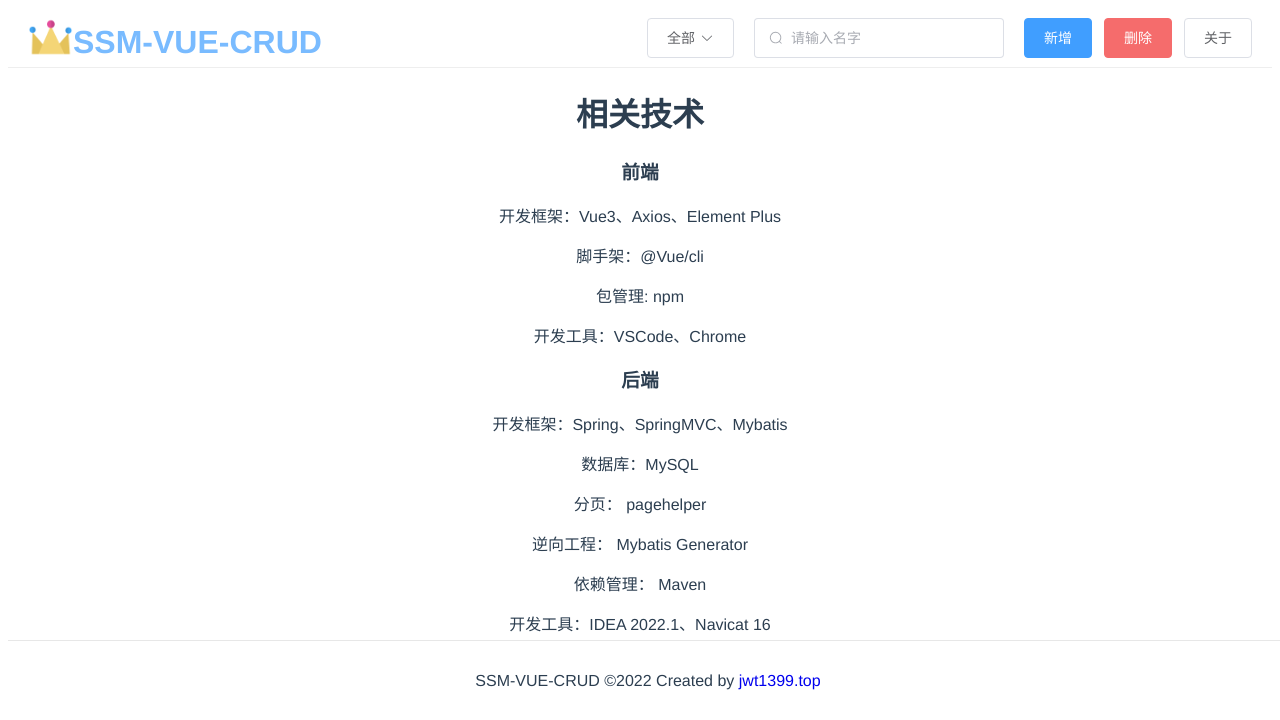
Repository: jwt1399/ssm-vue-crud
Page: /#/about (app in ssm-crud-front/)
An editor plug-in stored every save of this project. The page is shown before and after the next save, followed by the edit.
The browser window is 1280 px wide. The pictures show the whole page.
The project was rebuilt for these pictures with package versions that can differ from the ones it lists, and the page was loaded fresh each time. Also part of the build but not shown: ssm-crud-front/vue.config.js, ssm-crud-front/src/components/Form.vue, ssm-crud-front/src/views/CrudView.vue.

Above is the page before, as saved 2022-06-09 13:13:03.

### ssm-crud-front/public/index.html
<!DOCTYPE html>
<html lang="zh-Hans">
  <head>
    <meta charset="utf-8">
    <meta http-equiv="X-UA-Compatible" content="IE=edge">
    <meta name="viewport" content="width=device-width,initial-scale=1.0">
    <link rel="icon" href="<%= BASE_URL %>favicon.png">
    <title><%= htmlWebpackPlugin.options.title %></title>
  </head>
  <body>
    <noscript>
      <strong>We're sorry but <%= htmlWebpackPlugin.options.title %> doesn't work properly without JavaScript enabled. Please enable it to continue.</strong>
    </noscript>
    <div id="app"></div>
    <!-- built files will be auto injected -->
  </body>
</html>

### ssm-crud-front/src/main.js
import { createApp } from 'vue'
import App from './App.vue'
import router from './router'
import ElementPlus from 'element-plus'
import 'element-plus/dist/index.css'
import * as ElementPlusIconsVue from '@element-plus/icons-vue'

const app = createApp(App)

//配置全局icon
for (const [key, component] of Object.entries(ElementPlusIconsVue)) {
    app.component(key, component)
  }

app.use(router).use(ElementPlus).mount('#app')

### ssm-crud-front/src/App.vue
<template>
  <Header/>
  <router-view/>
  <Footer/>
</template>

<script>
import Header from '@/components/Header.vue'
import Footer from '@/components/Footer.vue'
export default {
    components: {
        Header,
        Footer,
    }
}
</script>

<style>
#app {
  font-family: Avenir, Helvetica, Arial, sans-serif;
  -webkit-font-smoothing: antialiased;
  -moz-osx-font-smoothing: grayscale;
  /* text-align: center; */
  color: #2c3e50;
}
</style>

### ssm-crud-front/src/router/index.js
import { createRouter, createWebHashHistory } from 'vue-router'
import CrudView from '../views/CrudView.vue'
const routes = [
  {
    path: '/',
    name: 'home',
    component: CrudView
  },
  {
    path: '/about',
    name: 'about',
    // route level code-splitting
    // this generates a separate chunk (about.[hash].js) for this route
    // which is lazy-loaded when the route is visited.
    component: () => import(/* webpackChunkName: "about" */ '../views/AboutView.vue')
  }
]

const router = createRouter({
  history: createWebHashHistory(),
  routes
})

export default router

### ssm-crud-front/src/components/Header.vue
<template>
 <el-header class="header">
    <div class="nav">
        <a href="/" class="nav-link">
            <img src="../assets/favicon.png" alt="logo" class="nav-logo">
            <h1 class="nav-title ">SSM-VUE-CRUD</h1>
        </a>
    </div>
    <div class="nav-item">
        <el-dropdown>
            <el-button size="large">
                全部
                <el-icon class="el-icon--right">
                    <arrow-down />
                </el-icon>
            </el-button>
            <template #dropdown>
                <el-dropdown-menu>
                    <el-dropdown-item>Action 1</el-dropdown-item>
                    <el-dropdown-item>Action 2</el-dropdown-item>
                </el-dropdown-menu>
            </template>
        </el-dropdown>

        <div class="nav-search">
            <el-input
            placeholder="请输入名字"
            v-model="search"
            size="large"
            @change="searchChange"
            clearable >
                <template #prefix>
                    <el-icon class="el-input__icon"><search /></el-icon>
                </template>
            </el-input>

        </div>
        <el-button type="primary" size="large" @click="addEmployee()">新增</el-button>
        <el-button type="danger" size="large" @click="batchDeleteEmployee()">删除</el-button>
        <!-- <router-link to='/about'> -->
        <el-button type="default" size="large" @click="skipAbout()">关于</el-button>
        <!-- </router-link> -->
    </div>
</el-header>
</template>

<script>
import { useRouter } from 'vue-router'

export default {
    name: 'Header',
    setup() {
        const router = useRouter()
        const skipAbout = ()=>{
        // window.location.href='#/about';
        // router.push({path:'about'})
        router.push({ name: 'about'})
        }
        return {
            skipAbout,
        }
    },

}


</script>



<style scoped>
.nav-logo {
	height: 45px;
	width: 45px;
	vertical-align: middle;
	display: inline-block;
}

.nav-title {
	font-size: 2rem;
	display: inline-block;
	vertical-align: middle;
	color: #79bbff;
	padding-top: 10px;
}

.nav-item {
	display: flex;
	align-items: center;
}

.nav-search {
	width: 250px;
	margin: 0 20px;
}

.header {
	display: flex;
	align-items: center;
	justify-content: space-between;
	width: 100%;
	border-bottom: 1px solid #eee;
	min-width: 800px;
}



</style>

### ssm-crud-front/src/components/Footer.vue
<template>
<el-footer class="footer">
    <span>SSM-VUE-CRUD ©2022 Created by </span>
    <a href="https://jwt1399.top" style="text-decoration: none;"> jwt1399.top</a>
 </el-footer>
</template>


<script>
export default{
    name:'Footer',
}
</script>

 <style scoped>
.footer {
    /* 固定在底部18-19 */
    position: fixed;
    bottom: 0px;
    text-align: center;
    width: 100%;
    /* 垂直居中23-24 */
    height: 80px;
    line-height:80px;
    background-color: #fff;
    border-top:1px solid #E7E7E7;

}

</style>

### ssm-crud-front/src/views/AboutView.vue
<template>
  <div class="about">
    <!-- <h1>This is an about page</h1> -->
    <h1>相关技术</h1>
    <h3>前端</h3>
    <p>开发框架：Vue3、Axios、Element Plus</p>
    <p>脚手架：@Vue/cli</p>
    <p>包管理: npm</p>
    <p>开发工具：VSCode、Chrome</p>
    <h3>后端</h3>
    <p>开发框架：Spring、SpringMVC、Mybatis</p>
    <p>数据库：MySQL</p>
    <p>分页： pagehelper</p>
    <p>逆向工程： Mybatis Generator</p>
    <p>依赖管理： Maven</p>
    <p>开发工具：IDEA 2022.1、Navicat 16</p>
  </div>
</template>

<style scoped>
.about{
  text-align: center;
}
</style>

After the next save:
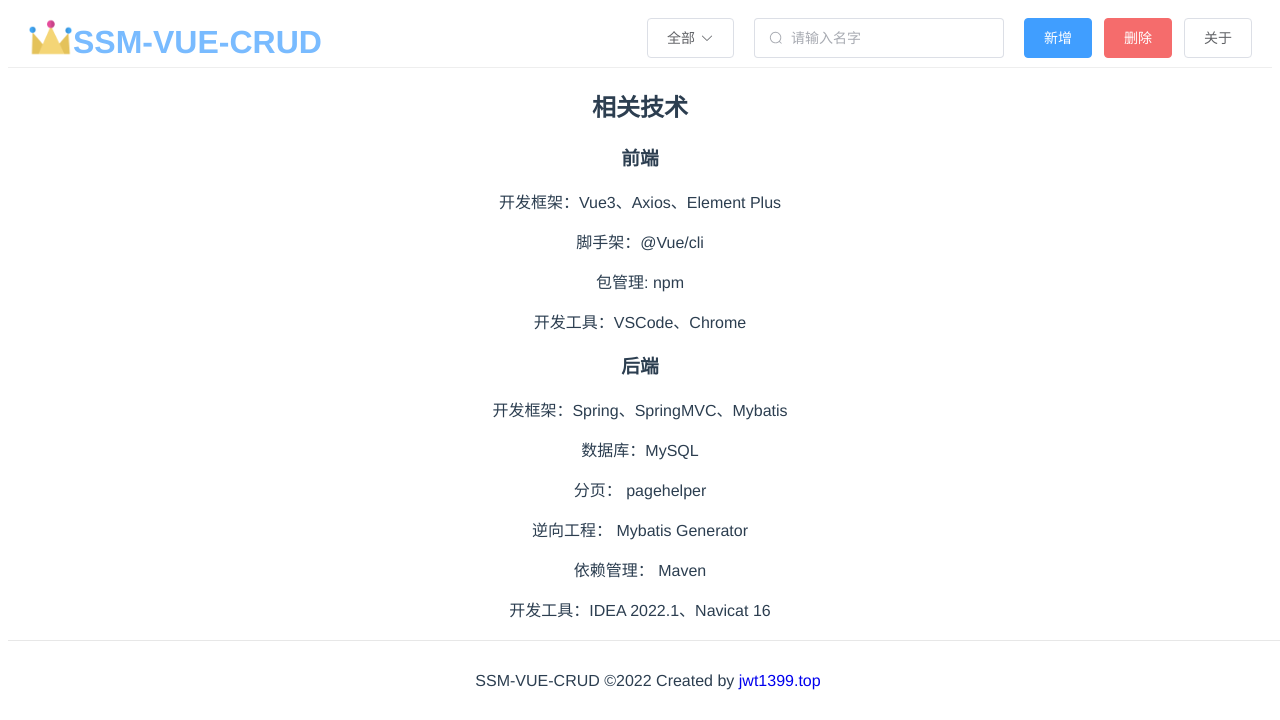
Saved 23 s later.
--- a/ssm-crud-front/src/views/AboutView.vue
+++ b/ssm-crud-front/src/views/AboutView.vue
@@ -1,7 +1,7 @@
 <template>
   <div class="about">
     <!-- <h1>This is an about page</h1> -->
-    <h1>相关技术</h1>
+    <h2>相关技术</h2>
     <h3>前端</h3>
     <p>开发框架：Vue3、Axios、Element Plus</p>
     <p>脚手架：@Vue/cli</p>
